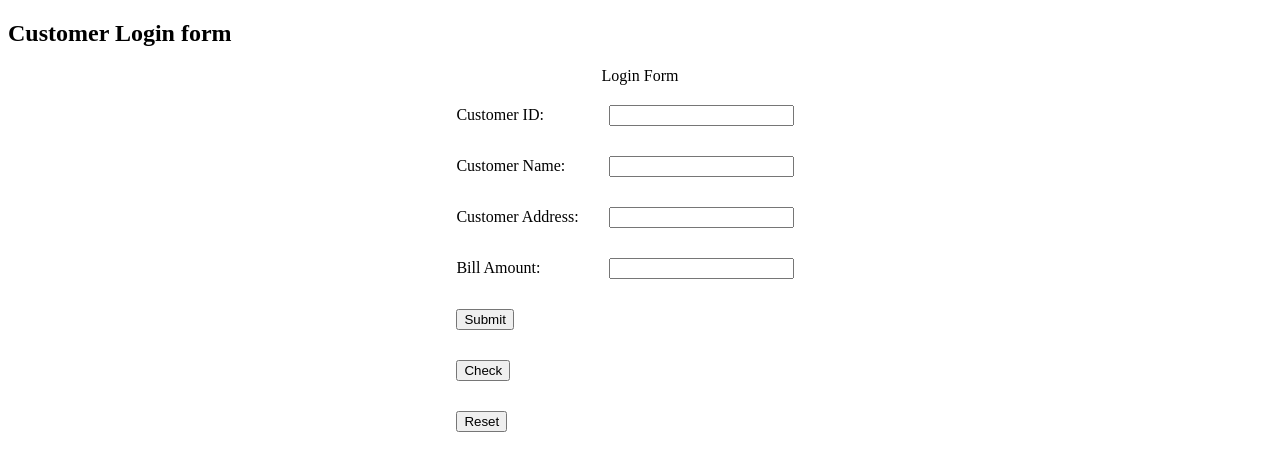
Repository: abhishek110597/Deloitte
Page: Workspace/JavaTraining/CustomerForm.html
An editor plug-in stored every save of this project. The page is shown before and after the next save, followed by the edit.
The browser window is 1280 px wide. The pictures show the whole page.

Above is the page before, as saved 2019-12-30 09:41:36.

After the next save:
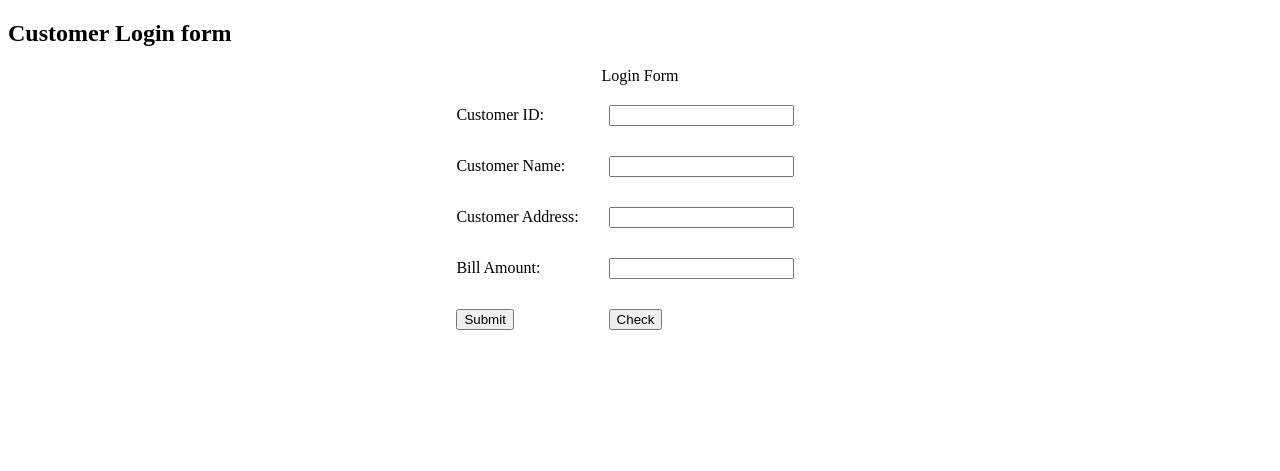
Saved 34 s later.
--- a/Workspace/JavaTraining/CustomerForm.html
+++ b/Workspace/JavaTraining/CustomerForm.html
@@ -94,13 +94,8 @@
 			<tr>
 				<td><input type="submit" value="Submit"
 					id="submit" /></td>
-			</tr>
-			<tr>
 				<td><input type="button" value="Check" id="Go"
 					onclick="validate()" /></td>
-			</tr>
-			<tr>
-				<td><input type="reset" id="reset" /></td>
 			</tr>
 		</table>
 		<div id=display align="center"></div>
